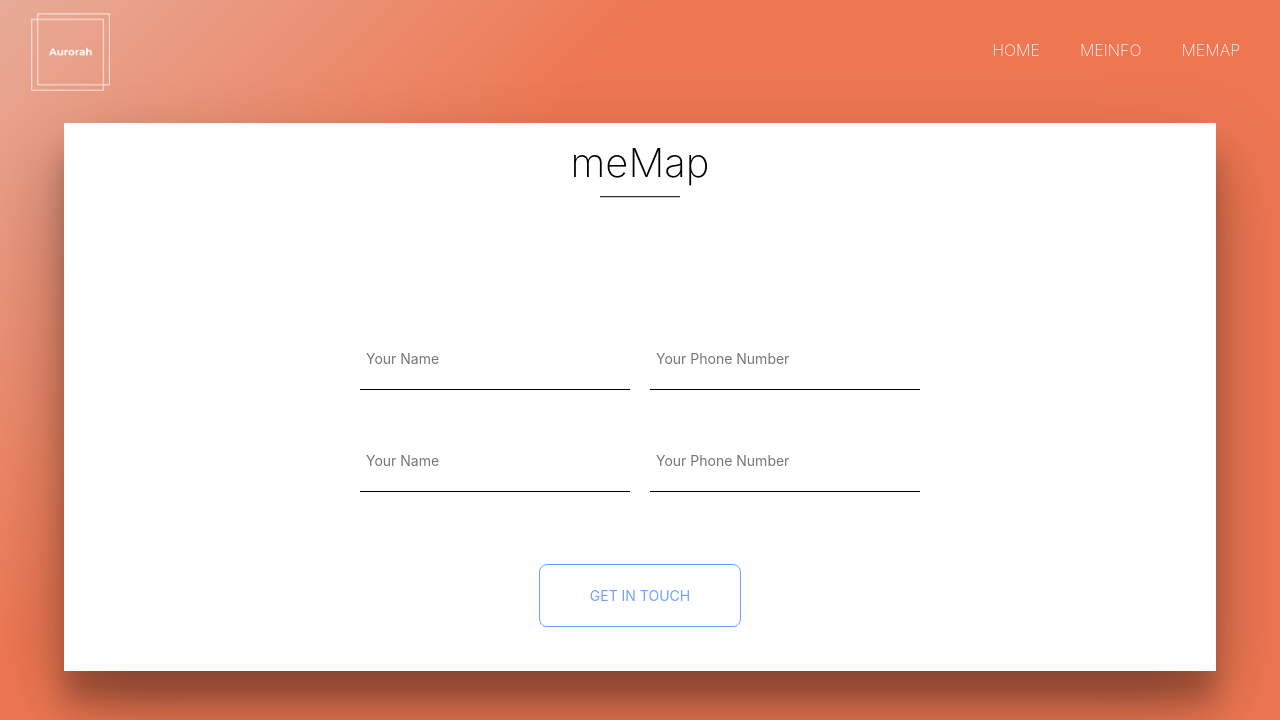
Repository: aasirvalji/saferMe
Page: /alt
These files come from the project's save history. The page is drawn as it stood at one moment and after the next save; the edit follows.
The browser window is 1280 px wide. The pictures show the whole page.
An inner scrolling area shows only its first screen. The project was rebuilt for these pictures with package versions that can differ from the ones it lists, and the page was loaded fresh each time. Also part of the build but not shown: src/components/Landing.js, src/styles/Services.css, src/components/Services.js, src/styles/MapDisplay.css, src/mapStyles.js, src/components/MapDisplay.js, src/styles/AboutDisplay.css, src/components/AboutDisplay.js and 1 more.

Above is the page before, as saved 2020-02-15 12:55:06.

After the next save:
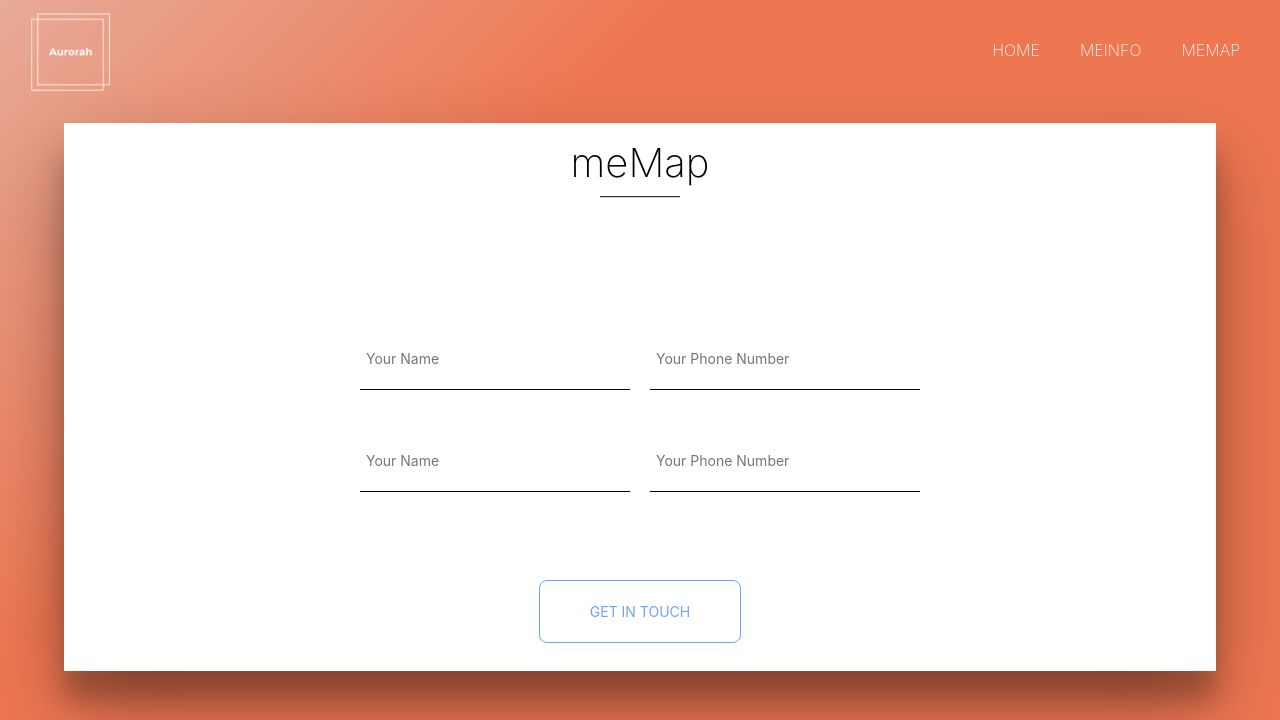
Saved 6 s later.
--- a/src/styles/AltDisplay.css
+++ b/src/styles/AltDisplay.css
@@ -171,7 +171,7 @@
 
 
   .contact-section button{
-    margin-top: 2rem;
+    margin-top: 3rem;
     background: none;
     color: #70a1ff;
     border: 1px solid #70a1ff;
